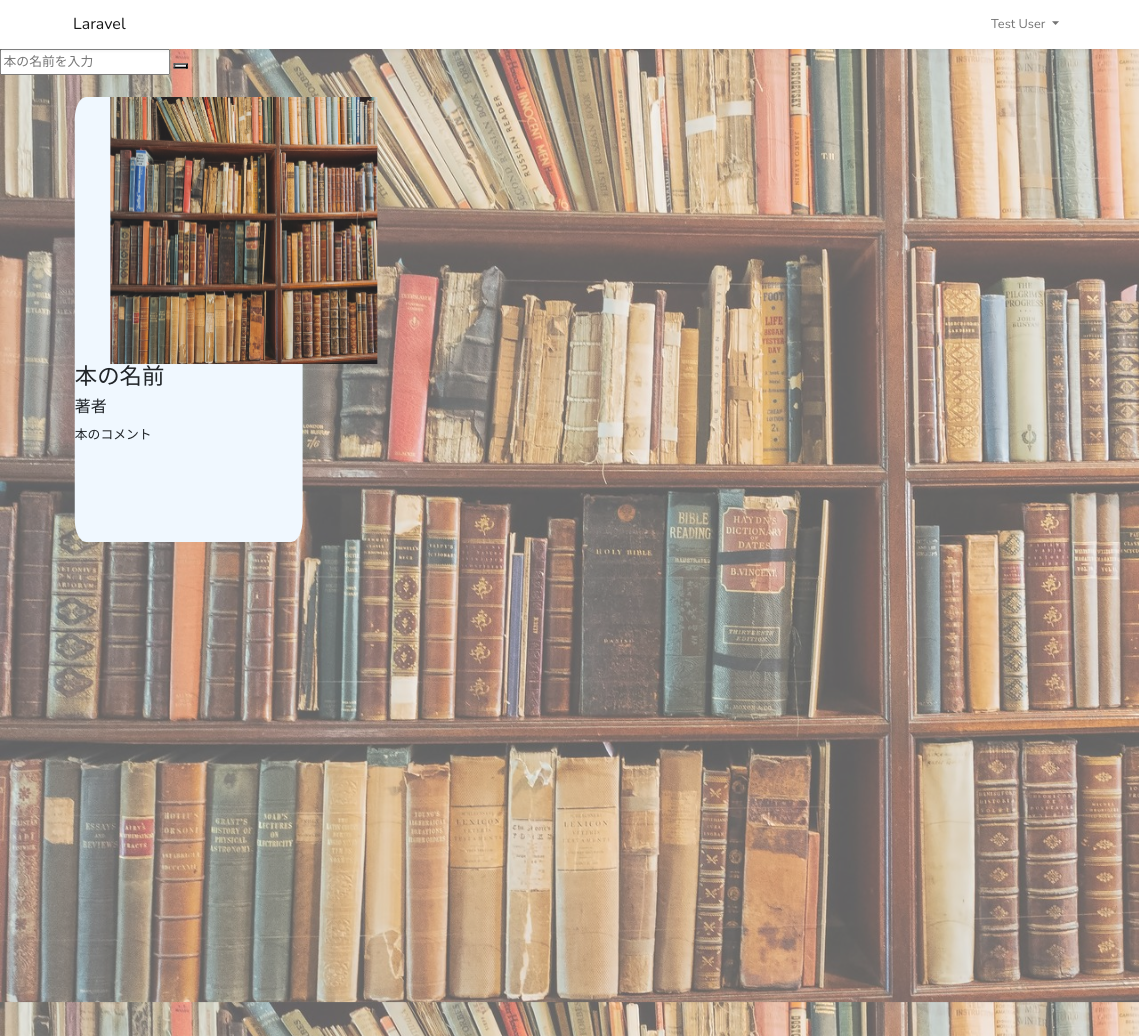
Repository: yamamotoryota1998/Bookreminder
Page: http://localhost/home
The author's editor kept a copy of each file at every save. The page is drawn from the files as they stood at one save, then again after the next save.
The browser window is 1280 px wide. The pictures show the whole page, at 89% of full size.
The page is served by the project's Laravel application, run on PHP 8.4 with Laravel 9. A made-up administrator, Test User (test@example.com), is signed in. Style sheets and scripts are compiled from the project's sources, by tool versions that may differ from the author's.

Above is the page before, as saved 2023-04-07 17:35:24.

After the next save:
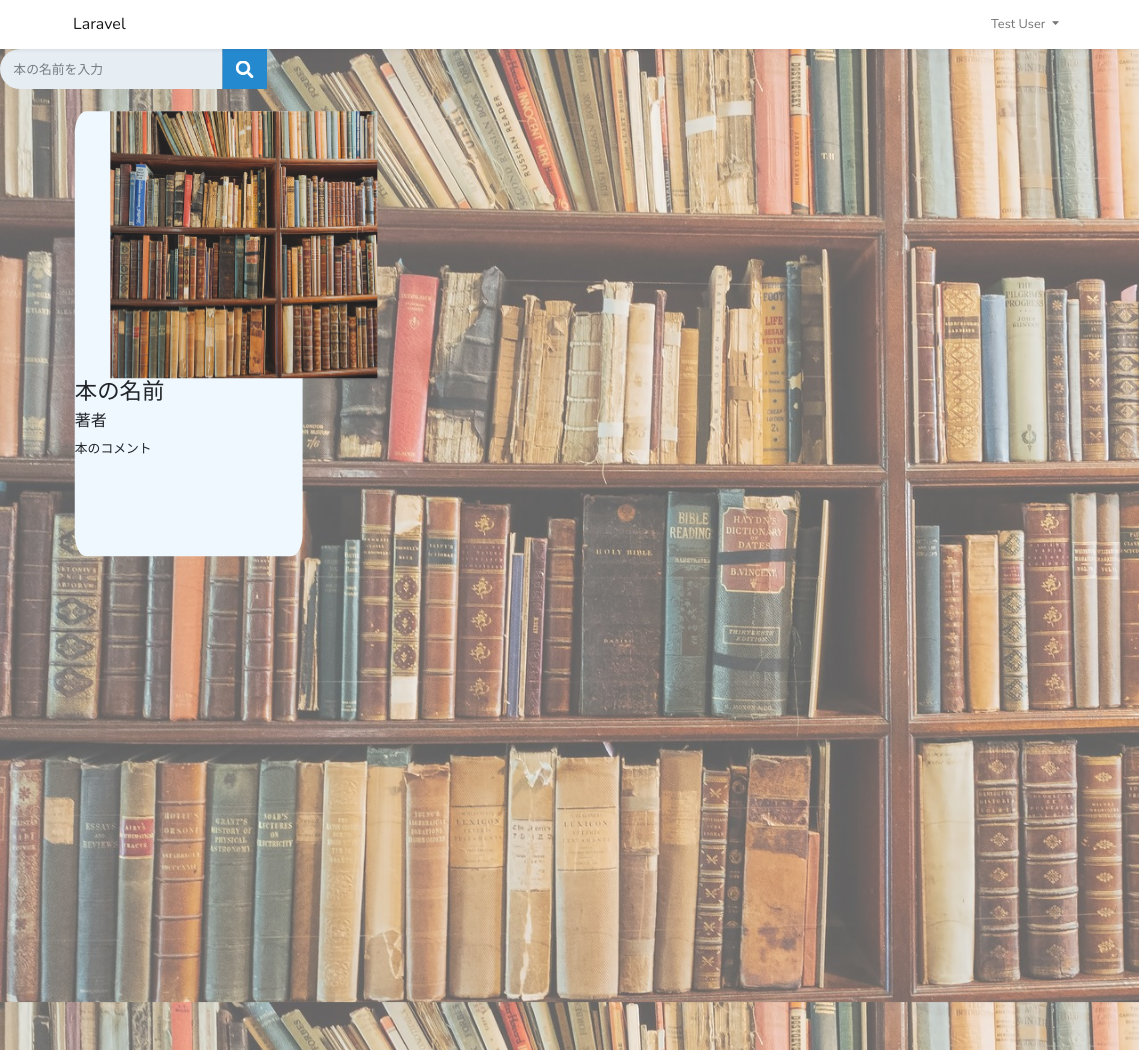
Saved 38 s later.
--- a/resources/views/home.blade.php
+++ b/resources/views/home.blade.php
@@ -2,7 +2,7 @@
 
 @section('content')
 <div class="wrapper-all" >
-    <form action="result" method="post" class="find-form">
+    <form action="result" method="post" class="search-form-006">
         @csrf
         <label>
         <input type="text" name="book" placeholder="本の名前を入力">
